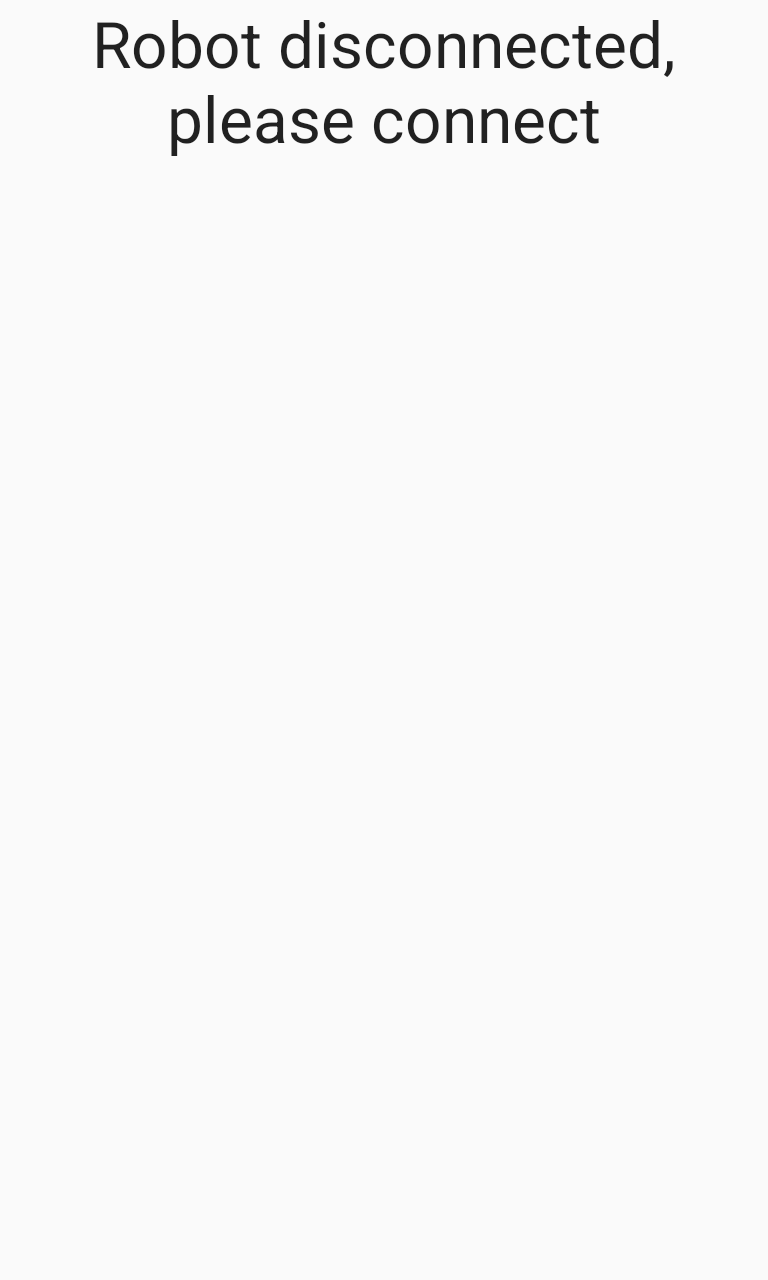
Repository: cjsatuforc/Bobina
Layout: source/android/Bobina/res/layout/main_layout.xml
These files come from the project's save history. The layout is drawn as it stood at one moment and after the next save; the edit follows.
It is drawn on a 768 x 1280 px phone screen (xhdpi) without system bars, with theme AppTheme; the app's code is not run.

Above is the layout before, as saved 2015-04-25 23:44:56.

### source/android/Bobina/res/layout/main_layout.xml
<?xml version="1.0" encoding="utf-8"?>
<RelativeLayout xmlns:android="http://schemas.android.com/apk/res/android"
    android:layout_width="match_parent"
    android:layout_height="match_parent" >

    <TextView
        android:id="@+id/main_title"
        style="@style/AppTitle"
        android:layout_width="wrap_content"
        android:layout_height="wrap_content"

        android:text="@string/main_title_disconnected" />

</RelativeLayout>

### source/android/Bobina/res/values-v11/styles.xml
<resources xmlns:android="http://schemas.android.com/apk/res/android">

    <!--
        Base application theme for API 11+. This theme completely replaces
        AppBaseTheme from res/values/styles.xml on API 11+ devices.
    -->
    <style name="AppBaseTheme" parent="Theme.AppCompat.Light">
        <!-- API 11 theme customizations can go here. -->
    </style>

    <!-- Titles of project -->
    <style name="AppTitle" parent="AppBaseTheme">
        <item name="android:textSize">32sp</item>
        <item name="android:gravity">center</item>
    </style>

</resources>

### source/android/Bobina/res/values/strings.xml
<?xml version="1.0" encoding="utf-8"?>
<resources>

    <string name="app_name">Bobina</string>
    <string name="hello_world">Hello world!</string>
    <string name="action_settings">Settings</string>
    <string name="main_title_disconnected">Robot disconnected, please connect</string>

</resources>

### source/android/Bobina/res/layout/control.xml
<?xml version="1.0" encoding="utf-8"?>
<RelativeLayout xmlns:android="http://schemas.android.com/apk/res/android"
    android:layout_width="match_parent"
    android:layout_height="match_parent"
    android:orientation="vertical" >

    <ImageButton
        android:id="@+id/imageButton3"
        android:layout_width="wrap_content"
        android:layout_height="wrap_content"
        android:layout_alignParentLeft="true"
        android:layout_centerVertical="true"
        android:src="@drawable/left" />

    <ImageButton
        android:id="@+id/imageButton1"
        android:layout_width="wrap_content"
        android:layout_height="wrap_content"
        android:layout_alignParentTop="true"
        android:layout_centerHorizontal="true"
        android:src="@drawable/up" />

    <ImageButton
        android:id="@+id/imageButton4"
        android:layout_width="wrap_content"
        android:layout_height="wrap_content"
        android:layout_alignParentRight="true"
        android:layout_centerVertical="true"
        android:src="@drawable/right" />

    <ImageButton
        android:id="@+id/imageButton2"
        android:layout_width="wrap_content"
        android:layout_height="wrap_content"
        android:layout_alignParentBottom="true"
        android:layout_toRightOf="@+id/imageButton3"
        android:src="@drawable/back" />

</RelativeLayout>

Loaded but not shown: source/android/Bobina/res/values/styles.xml (common file); source/android/Bobina/res/values-v14/styles.xml (common file)

After the next save:
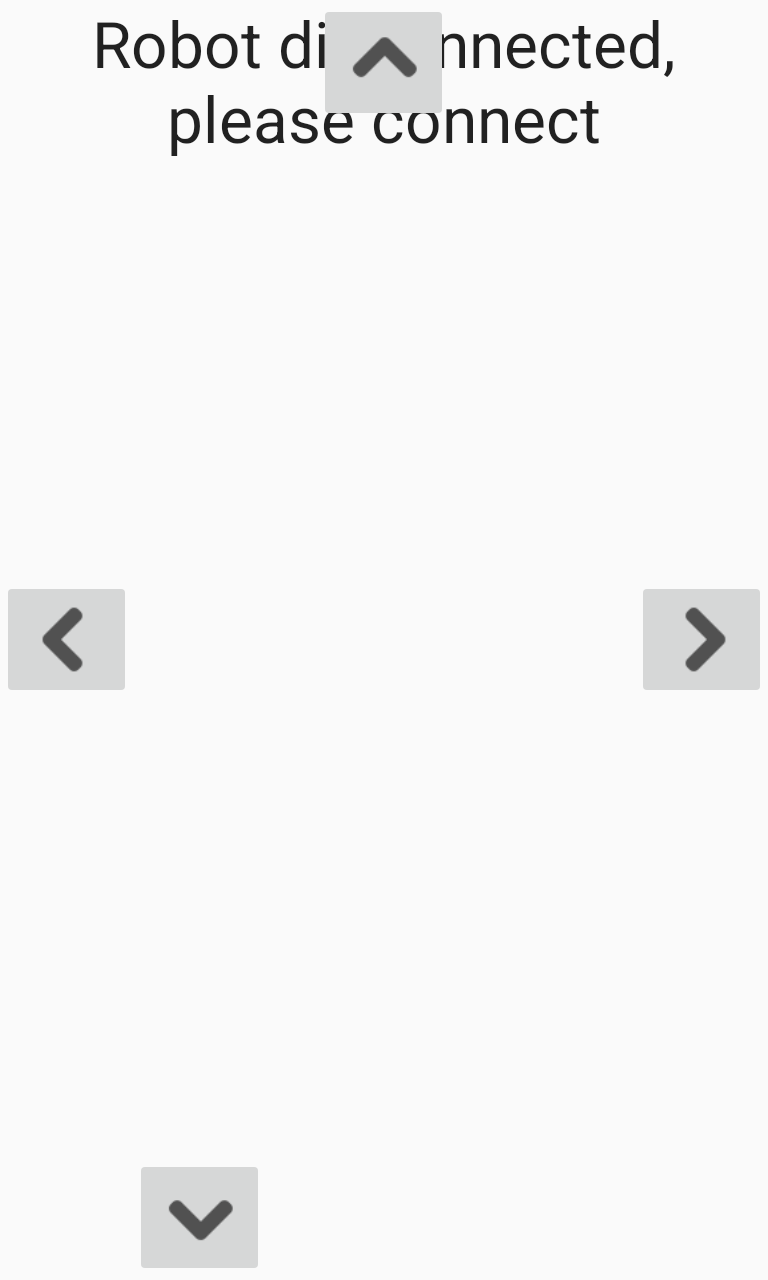
Saved 71 s later.
--- a/source/android/Bobina/res/layout/main_layout.xml
+++ b/source/android/Bobina/res/layout/main_layout.xml
@@ -11,4 +11,11 @@
 
         android:text="@string/main_title_disconnected" />
 
+    <include
+        android:layout_width="wrap_content"
+        android:layout_height="wrap_content"
+        android:layout_alignParentBottom="true"
+        android:layout_alignParentLeft="true"
+        layout="@layout/control" />
+
 </RelativeLayout>
